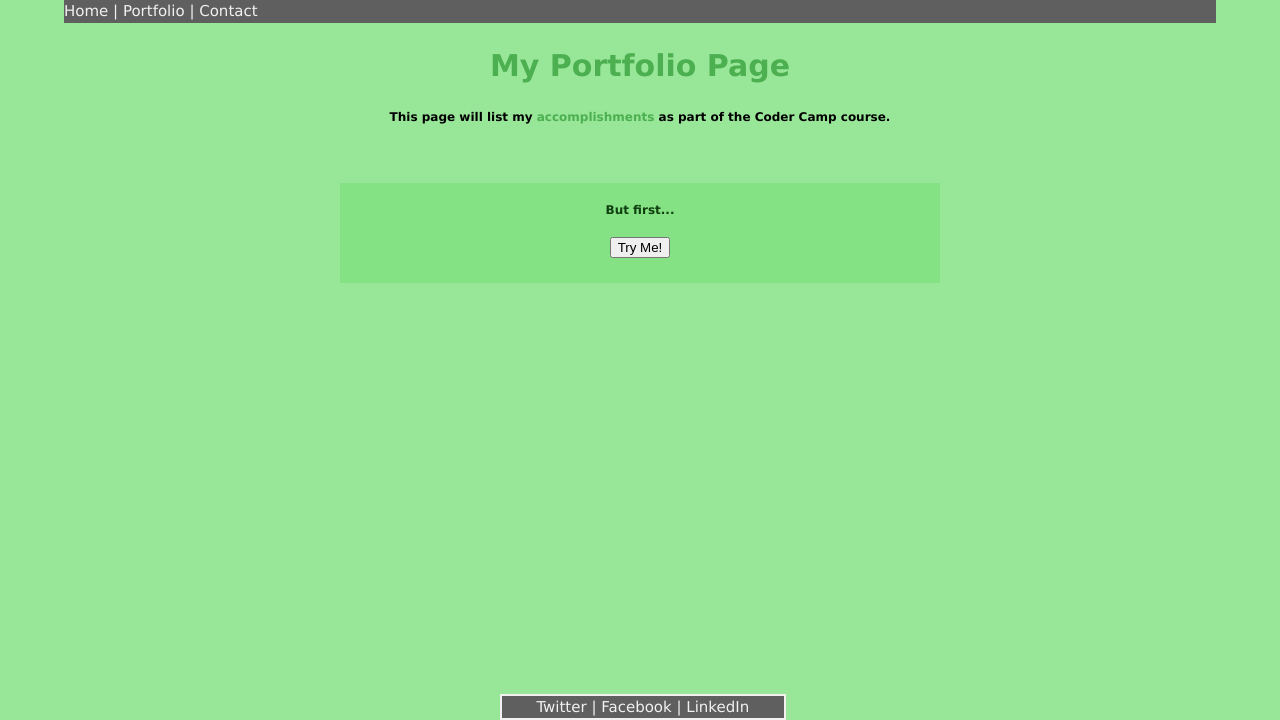
Repository: ischicagoisnotchicago/is-chicago
Page: http://localhost/CC_Personal_Website/portfolio.html
These files come from the project's save history. The page is drawn as it stood at one moment and after the next save; the edit follows.
The browser window is 1280 px wide. The pictures show the whole page.
The page is served by Tomcat 9.

Above is the page before, as saved 2017-05-26 01:22:37.

### CC Personal Website/WebContent/portfolio.html
<!DOCTYPE html>
<html>

<head>
<title>David Turner | Portfolio</title>
<link rel="stylesheet" type="text/css" href="style.css">
</head>

<body>
	<!-- Navigation Bar -->
	<nav>
		<a href="index.html">Home </a> | <a href="portfolio.html">Portfolio
		</a> | <a href="contact.html">Contact</a>
	</nav>

	<!-- Header -->
	<header>
		<h1>My Portfolio Page</h1>
		<h4>
			This page will list my <strong>accomplishments</strong> as part of
			the Coder Camp course.
		</h4>
	</header>

	<div id="portfolio">
	<div id="reserved">
		<br>But first...
		<br><br><button onclick="showFeature()" name="button">Try Me!</button></div>
	</div>

	<!-- Footer -->
	<footer>
		<a href="https://twitter.com/theagnessilient">Twitter</a> | <a
			href="https://www.facebook.com/profile.php?id=100004606000131"
		>Facebook</a> | <a href="https://www.linkedin.com/in/davidaturner19/">LinkedIn</a>
	</footer>

	<script src="script.js"></script>
</body>
</html>

### CC Personal Website/WebContent/style.css
/* Required! A background color */
/* Required! Change the font to a different Font-Family */
/* Required! Center all content on Home and Contact pages */
/* Tip! Changing body{height: 100%} will extend the page height making it easier to position content more accurately! */
body {
	font-family: Verdana,sans-serif;
    font-size: 15px;
    line-height: 1.5;
    height: 100%;
    width: 90%;
    background-color: #98e698;
    margin: 0 auto;
    text-align: center;
}

body#contact {
	font-family: "Comic Sans MS", cursive, sans-serif;
    font-size: 15px;
    line-height: 1.5;
    height: 100%;
    width: 90%;
	background-color: #ffe033;
	text-align: center;
}

header {
	height: 140px;
}

section {
	display: block;
	padding: 0 0 40px 0;
}

a {
	text-decoration: none;
}

/* Required! A style navbar */
nav {
	font-family: Verdana,sans-serif;
	color: #f1f1f1;
	background-color: #5f5f5f;
	text-align: left;
}

nav a {

}

a:link,
a:visited {
	color: #f1f1f1;
}

/* Required! Style links so when you hover the link, a different color is displayed */
a:hover {
    color: #4CAF50;
    background-color: black;
}

a:active {
    color: #f1f1f1;
}

h1, strong {
	color: #4CAF50;
}

h4 {
	font-size: .8em;
}

p {
	text-align: justify;
	text-indent: 15px;
}

dl {
	height: 380px;
}

dt {
	color: #ccad00;
	font-size: 1.4em;
	text-shadow: 2px 2px 5px white;
	text-align: left;
	border-left: 8px solid #ffdd1a;
	border-bottom: 1px solid #ffdd1a;
}

dd {
	text-align: right;
	font-style: italic;
	font-size: 0.9em;
	color: #0f3e0f;
}

#portfolio {
	height: 410px;
	width: 600px;
	margin: 0 auto 0 auto;
}

#accomplish {
	height: 400px;
}

#showtime {
	position: absolute;
	top: 180px;
	height: 220px;
	width: 600px;
	color: #0f3e0f;
	background-color: #84e184;
}

#reserved {
	height: 100px;
	font-weight: bold;
	font-size: 0.8em;
	color: #0f3e0f;
	background-color: #84e184;
}

#txtresults {
	height: 120px;
	color: #0f3e0f;
	padding: 20px 0 0 0;
	background-color: #84e184;
	border: 2px solid #ffdd1a;
}

.centerimg {
	height: 382px;
	width: 382px;
	margin: 25px auto 30px auto;
}

.itright {
	text-align: right;
	font-style: italic;
	color: #0f3e0f;
	padding-top: 50px;
}

.ftprompt {
    display: block;
    height: 25px;
    padding: 25px;
}

.fprompt {
	float: left;
	margin-left: 50px;
}

.tprompt {
	float: right;
	margin-right: 40px;
}

/* Required! The Contact should have a different color background and a set width of 25% */
.formtbl {
  height: 350px;
  width: 700px;
  margin: 0 auto 0 auto;
  padding: 10px 30px 0 30px;
}

.formside {
	width: 25%;
	float: left;
	background-color: #5f5f5f;
	padding: 10px;
	border: 5px double #0f3e0f;
	margin-left: 10px;
}

.formside input, .formside textarea {
	padding: 2px 0;
	background-color: #b8dc6f;
}

.formside button {
	margin: 0 60px;
	box-shadow: 2px 2px 2px #888888;
}

/* Required! The table needs to have a border and a background color. */
.tableside {
	float : right;
	width: 175px;
	height: 157px;
	color: #f1f1f1;
	padding: 10px;
	background-color: #5f5f5f;
    border: 5px double #0f3e0f;
    margin-right: 10px;
}

.tableside td {
	background-color: #5f5f5f;
	height: 20px;
	border: 5px double #0f3e0f;
	padding: 9px 40px;
}

/* Required! The mailto: with your email should be positioned in the bottom left corner with a border and background color */
.stuckleft {
	display: block;
	position: fixed;
	bottom: 0;
	left: 0;
	width: 97%;
	text-align: left;
	background-color: #5f5f5f;
	border-left: 5px double #f1f1f1;
	border-bottom: 1px solid #f1f1f1;
	border-right: 8px solid #f1f1f1;
}

/* Required! Footer needs to be stuck to the bottom of the page. */
footer {
  position: fixed;
  left: 500px;
  bottom: 0;
  width: 22%;
  color: #f1f1f1;
  background-color: #5f5f5f;
  border: 2px solid #f1f1f1;
}

### CC Personal Website/WebContent/script.js
// Expand punctuation as needed.
var Punctuation = {

  COMMA : ',',
  SPACE : ' ',
  PERIOD : '.',
  QUEST : '?',
  EXC : '!'
}

// Object with report stats to be used in html.
var reportMy = {
  text : "",
  numOfWords : 0,
  numOfSents : 0,
  numOfSpaces : 0,
  aveWordsPerSent : 0
}

// Array objects listing my accomplishments.
var accomplishMy = [
    {
      dt : "Personal Website",
      dd : "This is my first Website created for Coding from Scratch using HTML5 and CSS."
    }, {
      dt : "Portfolio Examples",
      dd : "Simple exercises showing my use of HTML, CSS and Javascript."
    }
];

// Generate reports to entered text.
function reportStats() {

  // Set initial.
  var wordStarted = false;

  // Get text from element with id value.
  reportMy.text = document.getElementById("sample").value;

  // Through the entire text length, check char. Update stats as appropriately.
  for ( i = 0; i < reportMy.text.length; i++) {

    switch ( reportMy.text[i]) {

      // If PERIOD, QUESTION, EXCLAMATIONPT, update number of sentences.
      case Punctuation.PERIOD:
      case Punctuation.QUEST:
      case Punctuation.EXC:
        if ( wordStarted === true) {
          reportMy.numOfSents++;
        }
        // break;

        // If either or COMMA, update number of words,
      case Punctuation.COMMA:
        if ( wordStarted === true) {
          reportMy.numOfWords++;
          wordStarted = false;
        }
        break;

      // If COMMA, update number of spaces.
      case Punctuation.SPACE:
        reportMy.numOfSpaces++;
        if ( wordStarted === true) {
          reportMy.numOfWords++;
          wordStarted = false;
        }
        break;

      // Assumes otherwise we are char in a word.
      default: {
        if ( wordStarted === false) {
          wordStarted = true;
        }
      }
    }
  }

  // Once text length has been reached, update average words per sentence.
  reportMy.aveWordsPerSent = parseInt(reportMy.numOfWords / reportMy.numOfSents);

  // Return reportMy object.
  return reportMy;
}

// Create a portfolio report of accomplishments.
function portlist() {

  var port = document.getElementById("portfolio");
  var showt = document.getElementById("showtime");
  port.removeChild(showt);
  var div = appendElementChild("div", port, "accomplish");
  var dl = appendElementChild("dl", div);

  // Build accomplishment listing.
  if ( accomplishMy !== null) {
    var i = 0;
    do {

      var dt = appendElementChild("dt", dl);
      dt.innerHTML = accomplishMy[i].dt;
      var dd = appendElementChild("dd", dl);
      dd.innerHTML = accomplishMy[i].dd;
      appendBreakChild(2, dl);
      i++;

    } while ( i < accomplishMy.length);

  }

  return true;
}

// Create a page with the textreader exercise.
function textreader() {

  // Replace "reserved" report with feature exercise.
  var port = document.getElementById("portfolio");
  var reserved = document.getElementById("reserved");
  port.removeChild(reserved);
  var div = appendElementChild("div", port, "showtime");
  var prompt1 = "First, a simple exercise. Type complete sentences "
      + "in the text area provided then press SUBMIT. I will report "
      + "statistics related to your submission. Cool? ";
  appendTextChild(prompt1, div, "h4");
  var prompt2 = "Text Reader and Statistics";
  var txta = appendElementChild("textarea", div, "sample");
  txta.setAttribute("name", "textReader");
  txta.setAttribute("rows", "5");
  txta.setAttribute("cols", "30");
  appendBreakChild(2, div);

  // Create button to move to next results page.
  var button1 = appendElementChild("button", div, "button1id");
  button1.innerHTML = "Submit";
  button1.setAttribute("name", "button1");
  button1.setAttribute("onClick", "txtrresults()");

  return true;
}

// Create a page of textreader results.
function txtrresults() {

  // First, run reportStats and generate the ReportMy stats to be used.
  reportStats();

  // Then setup report using ReportMy data.
  var prompt1 = "I detect you had entered " + reportMy.numOfSents
      + " sentence(s), consisting of " + reportMy.numOfWords + " words and "
      + reportMy.numOfSpaces
      + " spaces. The average words per sentence therefore is "
      + reportMy.aveWordsPerSent + ". Thanks for playing!";
  var noenter = "I detect you have not entered words in the text area. Ok then.";

  // Create noenter if no words detected in text area.
  if ( reportMy.numOfWords === 0) {
    prompt1 = noenter;
  }

  // If word are detected, create page report.
  var showt = document.getElementById("showtime");
  var button1 = document.getElementById("button1id");
  showt.removeChild(button1);

  var port = document.getElementById("portfolio");
  var div = appendElementChild("div", showt, "txtresults");
  appendTextChild(prompt1, div, "h4");

  var button2 = appendElementChild("button", div, "button2id");
  button2.innerHTML = "Done!";
  button2.setAttribute("name", "button2");
  button2.setAttribute("onClick", "portlist()");
  return;
}

// Replace with whatever exercise you want to display. For now, TextReader().
function showFeature() {

  textreader();
}

// Append text as a child node (w element).
function appendTextChild(text, node, element, idname) {

  // Check input.
  if ( text === undefined || text === null || node === undefined
      || node === null || element === undefined || element === null) {
    return null;
  }

  // Create styled text node.
  var txt = document.createTextNode(text);
  var el = _createel(element, idname);
  el.appendChild(txt);
  node.appendChild(el);

  return el;
}

// Append xtimes of break(s) as child node(s) to node.
function appendBreakChild(xtimes, node) {

  // Check input.
  if ( xtimes === undefined || xtimes === null || node === undefined
      || node === null) {
    return null;
  }

  var i = 0;
  // Create xtimes number of breaks.
  do {

    node.appendChild(document.createElement("br"));
    i++;

  } while ( i < xtimes);

  return true;
}

// Create child node of element with optional idname. You need idname if you
// want to remove later.
function appendElementChild(element, node, idname) {

  if ( element === undefined || element === null || node === undefined
      || node === null) {
    return null;
  }

  var el = _createel(element, idname);
  node.appendChild(el);

  return el;
}

function _createel(element, idname) {

  // Check input.
  if ( element === null) {
    return;
  }

  // Create element with optional id.
  var el = document.createElement(element);
  if ( idname !== undefined && idname !== null) {

    el.setAttribute("id", idname);
  }

  return el;
}

After the next save:
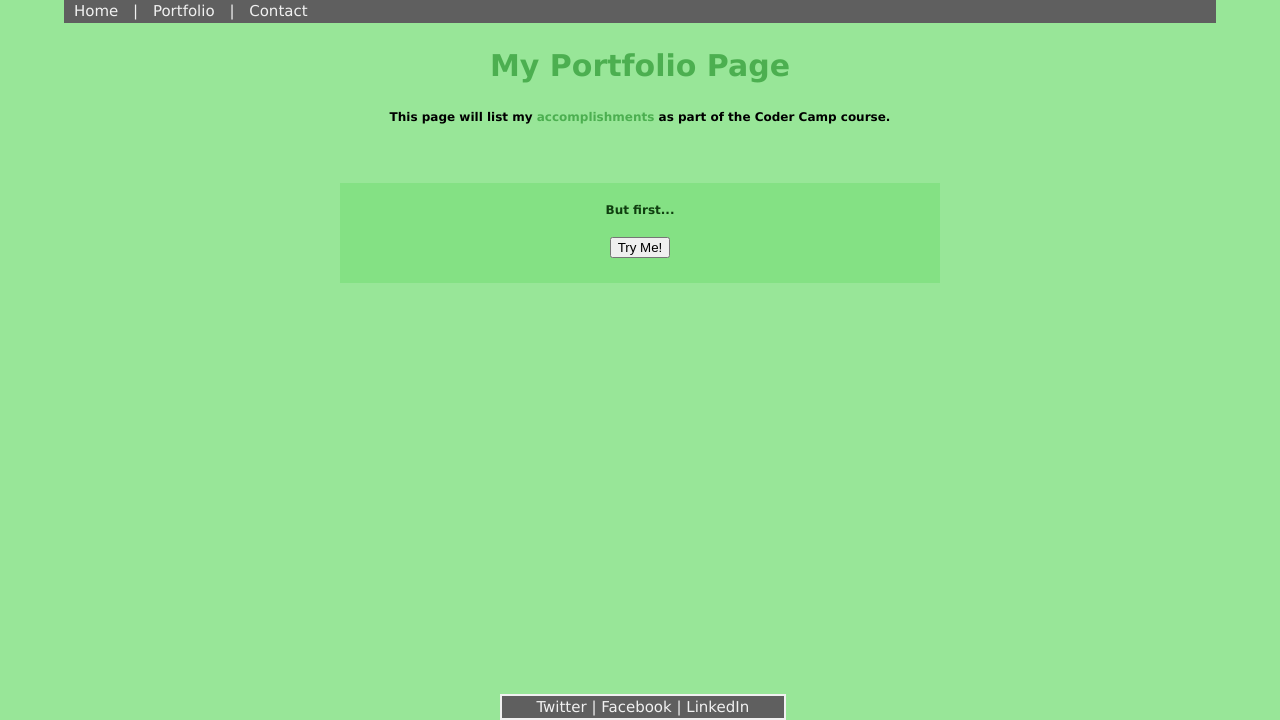
Saved 50 s later.
--- a/CC Personal Website/WebContent/style.css
+++ b/CC Personal Website/WebContent/style.css
@@ -45,7 +45,7 @@ nav {
 }
 
 nav a {
-
+	padding: 0 10px 0 10px;
 }
 
 a:link,
